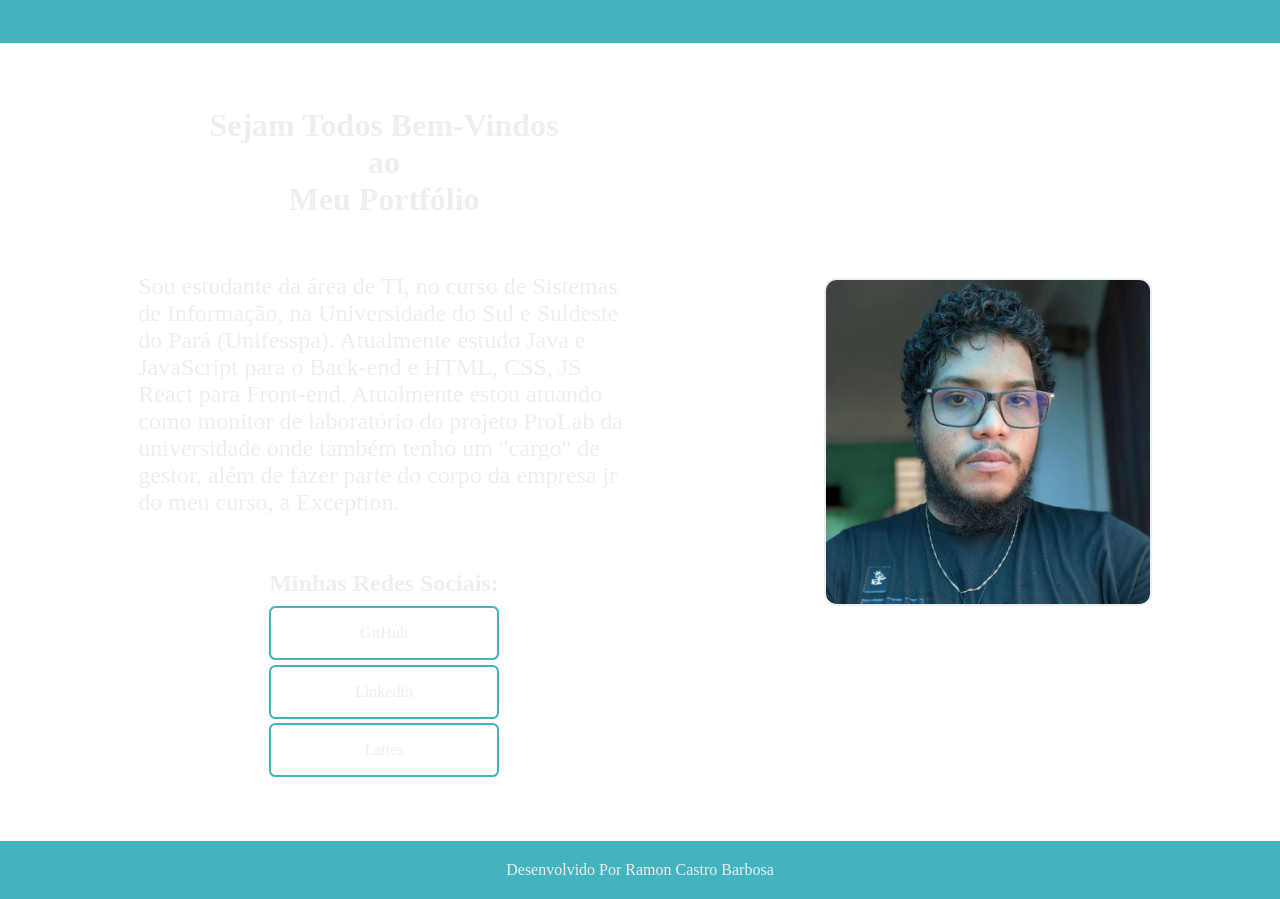
Repository: ramoncbarbosa/Web1_Atividade2
Page: index.html
These files come from the project's save history. The page is drawn as it stood at one moment and after a run of saves; the edit follows.
The browser window is 1280 px wide. The pictures show the whole page.

Above is the page before, as saved 2023-06-10 17:06:44.

### index.html
<!DOCTYPE html>
<html lang="en-US">
<head>
    <meta charset="UTF-8">
    <meta name="viewport" content="width=device-width, initial-scale=1.0">
    <link rel="stylesheet" href="./styles/styles.css">
    <title>Portfólio</title>
</head>
<body>
    <header class="cabecalho">
        <nav>
           <a href=""></a>
           <a href=""></a>
        </nav>
    </header>
    <section></section>
    <main class="principal">
        <section class="principal__principal">
            <h1 class="principal__titulo"><strong>Sejam Todos Bem-Vindos<br> ao<br> Meu Portfólio</strong></h1>
            <p class="principal__texto">
                Sou estudante da área de TI, no curso de Sistemas de Informação, na Universidade do Sul e Suldeste do Pará (Unifesspa). Atualmente estudo Java e JavaScript para o Back-end e HTML, CSS, JS React para Front-end.
                    Atualmente estou atuando como monitor de laboratório do projeto ProLab da universidade onde também tenho um "cargo" de gestor, além de fazer parte do corpo da empresa jr do meu curso, a Exception.
            </p>
            <div class="princiapl__links">
                <h2 class="secundario__titulo">Minhas Redes Sociais:</h2>
                <a target="_blank" id="github" href=""><img src="" alt="">GitHub</a>
                <a target="_blank" id="linkedin" href=""><img src="" alt="">Linkedin</a>
                <a target="_blank" id="lattes" href=""><img src="" alt="">Lattes</a>
            </div>
        </section>
            <img class="imagem" src="./img/perfil.jpg" alt="">
    </main>
    <footer class="rodape">
        <p class="rodape__rodape">Desenvolvido Por Ramon Castro Barbosa</p>
    </footer>
</body>
</html>

### styles/styles.css
*{
    padding: 0;
    margin: 0;
    box-sizing: border-box;
    text-decoration: none;
    gap: 0;
}

:root{
    --cor-um: #43b4bf;
    --cor-dois: #EEEEEE;
    --cor-tres: #000000;
    --color-gradiente: linear-gradient(45deg, #43b4bf, #00b7c8, #006d77);
}

body{
    width: 100%;
    height: 80vh;
    box-sizing: border-box;
    background-color: var(--);
    color: var(--cor-dois);
}

.cabecalho{
    width: 100%;
    height: 6vh;
    padding: 2% 0 0 10%;
    gap: 5rem;
    display: flex;
    background-color: var(--cor-um);
}

.principal{
    justify-content: space-between;
    display: flex;
    align-items: center;
    padding: 5% 10%;

}

.principal__principal{
    width: 50%;
    display: flex;
    flex-direction: column;
    gap: 1.8rem;
    text-align: center;
    align-items: center;

}

.principal__titulo{
    text-align: center;
    justify-content: center;
    font-size: 32px;
}

.principal__texto{
    display: flex;
    flex-wrap: wrap;
    justify-content: space-around;
    padding: 5% 2%;
    font-size: 24px;
    text-align: left;
}

.principal__links{
    display: flex;
    flex-direction: column;
    justify-content: center;
    text-align: center;
}

.secundario__titulo{
    margin-bottom: 4%;
}


#github{
    display: flex;
    align-items: center;
    justify-content: center;
    text-align: center;
    border: 2px solid var(--cor-um);
    border-radius: 0.4rem;
    width: 100%;
    text-decoration: none;
    padding: 1rem 0;
    margin-bottom: 2%;
    color: var(--cor-dois);
}

#linkedin{
    display: flex;
    align-items: center;
    justify-content: center;
    text-align: center;
    border: 2px solid var(--cor-um);
    border-radius: 0.4rem;
    width: 100%;
    text-decoration: none;
    padding: 1rem 0;
    margin-bottom: 2%;
    color: var(--cor-dois);
}

#lattes{
    display: flex;
    align-items: center;
    justify-content: center;
    text-align: center;
    border: 2px solid var(--cor-um);
    border-radius: 0.4rem;
    width: 100%;
    text-decoration: none;
    padding: 1rem 0;
    color: var(--cor-dois);
}

.imagem{
    width: 32%;
    display: flex;
    justify-content: center;
    border-radius: 0.8rem;
    border: 2px solid var(--cor-dois);
}

.rodape{
    width: 100%;
    height: 8vh;
    display: flex;
    align-items: center;
    flex-wrap: wrap;
    justify-content: space-around;

    background-color: var(--cor-um);
}

.rodape__rodape{
    text-align: center;
    padding: 1.5%;
}

After the next 2 saves:
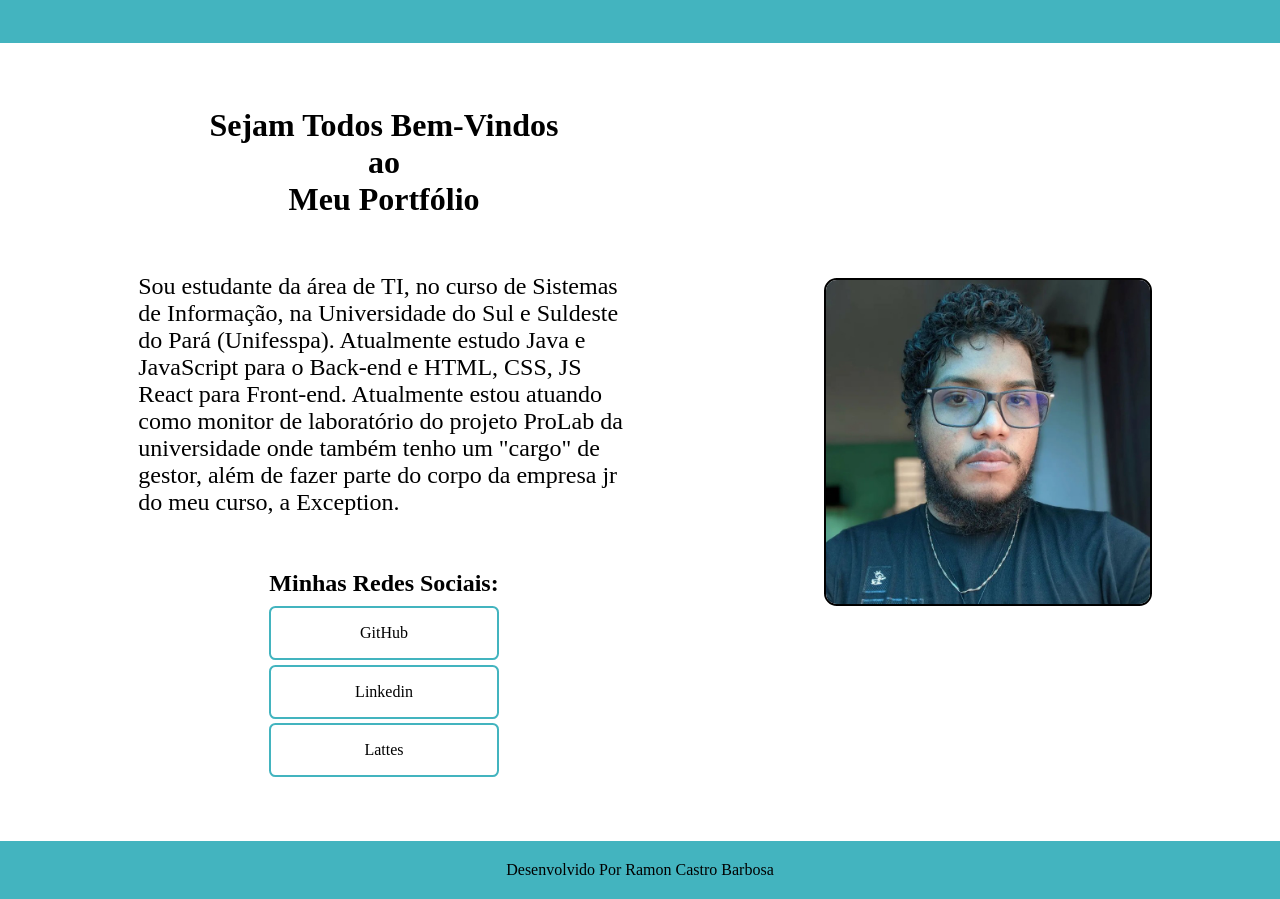
The 2 saves are shown as one change because they came seconds apart.
The last was saved 12 s later.
--- a/styles/styles.css
+++ b/styles/styles.css
@@ -8,8 +8,8 @@
 
 :root{
     --cor-um: #43b4bf;
-    --cor-dois: #EEEEEE;
-    --cor-tres: #000000;
+    --cor-dois: #000000;
+    --cor-tres: #f6f6f6;
     --color-gradiente: linear-gradient(45deg, #43b4bf, #00b7c8, #006d77);
 }
 

After the 2 saves that followed:
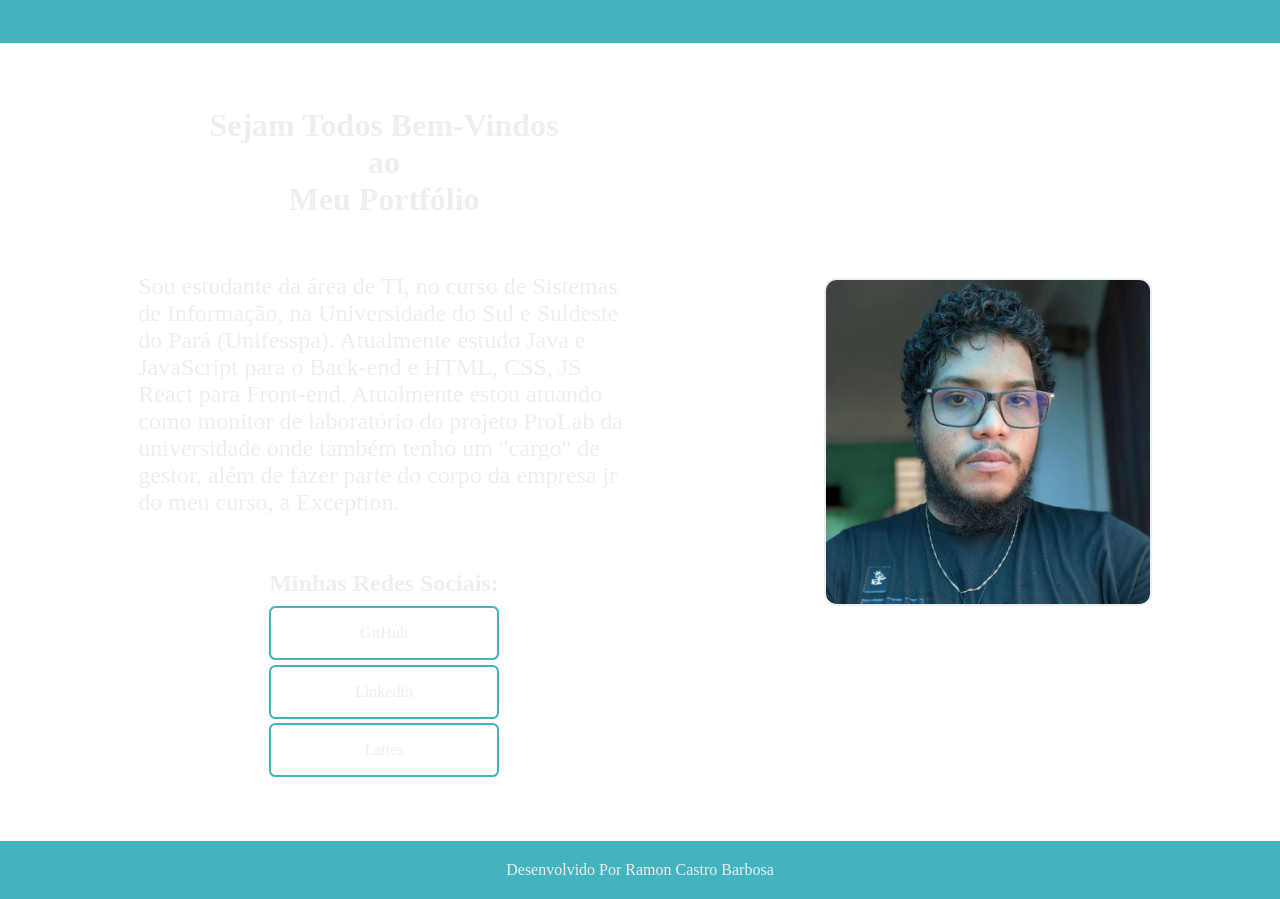
The 2 saves are shown as one change because they came seconds apart.
The last was saved 10 s later.
--- a/styles/styles.css
+++ b/styles/styles.css
@@ -8,8 +8,8 @@
 
 :root{
     --cor-um: #43b4bf;
-    --cor-dois: #000000;
-    --cor-tres: #f6f6f6;
+    --cor-dois: #EEEEEE;
+    --cor-tres: #000000;
     --color-gradiente: linear-gradient(45deg, #43b4bf, #00b7c8, #006d77);
 }
 
